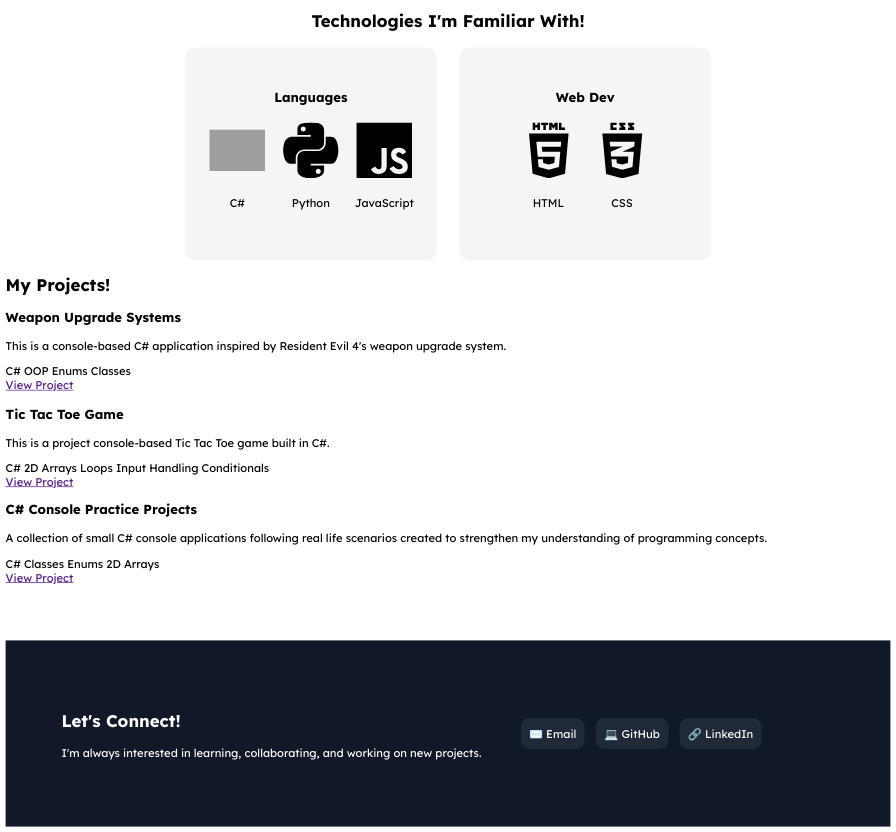
Repository: perrybalaba/perrybalaba
Page: index.html
These files come from the project's save history. The page is drawn as it stood at one moment and after the next save; the edit follows.
The browser window is 1280 px wide. The pictures show the part of the page from y = 1207 to 3127 px (the page is 2396 px tall before and 3127 px after), at 70% of full size.
Pictures or frames that could not be fetched are drawn as grey boxes. A picture or video elsewhere on the page could not be fetched, so the positions and the page height are approximate. Some web fonts or font styles are not loaded; a fallback is used.

Above is the page before, as saved 2026-05-13 22:40:01.

### index.html
<!DOCTYPE html>
<html lang="en">
<head>
    <meta charset="UTF-8">
    <meta name="viewport" content="width=device-width, initial-scale=1.0">
    <title>Perry's Portfolio</title>
    <link rel="stylesheet" href="./styles/index.css"/>
    <link rel="stylesheet" href="./styles/globals.css"/>
</head>

<body>
    <main>
        <!-- NAVIGATION BAR -->
        <!-- 👇 TO CHANGE: href -->
        <nav class="Nav-Bar">
            <ul>
                <li><a href="./index.html"> About me </a></li>
                <li><a href="./index.html"> Projects </a></li>
            </ul>
        </nav>

        <!-- PAGE HEADER -->
        <div class="About-Me">
            <header class="Home-Header">
                <h1> Perry Balaba </h1>
            </header>

            <!-- INFORMATION ABOUT ME -->
            <div class ="Info">
                <!-- IMAGE -->
                <img class="My-Photo" src="./assets/images/portfolio-me.jpg" alt="me"/>

                <div class ="Description">
                    <h2> Hello World! 👋 </h2>
                    <p> I'm a Computer Science Student at John Abbott College
                        with a strong passion for technology, software development, and problem-solving.
                        I love turning ideas into functional applications and programs from scratch. I am naturally curious and always motivated
                        to expand my knowledge by learning new technologies, improving my coding skills, and taking on challenges outside of my comfort zone.
                        Right now, I'm diving into machine learning, object-oriented programming, and web development!
                    </p>

                    <!-- SOFT SKILLS -->
                    <div class="Soft-Skills-Container">
                        <button type="button" class="Soft-Skills" disabled> Teamwork </button>
                        <button type="button" class="Soft-Skills" disabled> Resilient </button>
                        <button type="button" class="Soft-Skills" disabled> Problem Solver </button>
                        <button type="button" class="Soft-Skills" disabled> Organized </button>
                    </div>
                </div>
            </div>
        </div>

        <!-- SKILLS -->
        <div class="Skills">
            <h2> Technologies I'm Familiar With! </h2>
            <div class="Skills-Container">

                <div class="Skill-Card">
                    <h3> Languages </h3>

                    <div class="Skill-Icons">
                        <div class="Skill">
                            <img src="./assets/images/csharp-svgrepo-com.svg" alt="c# logo"/>
                            <p> C# </p>
                         </div>

                        <div class="Skill">
                            <img src="./assets/images/python-svgrepo-com.svg" alt="python logo"/>
                            <p> Python </p>
                        </div>

                        <div class="Skill">
                            <img src="./assets/images/js01-svgrepo-com.svg" alt="javascript logo"/>
                            <p> JavaScript</p>
                        </div>
                    </div>
                </div>

                <div class="Skill-Card">
                    <h3> Web Dev </h3>

                    <div class="Skill-Icons">
                        <div class="Skill">
                            <img src="./assets/images/html5-01-svgrepo-com.svg" alt="html logo"/>
                            <p> HTML </p>
                        </div>

                        <div class="Skill">
                            <img src="./assets/images/css3-01-svgrepo-com.svg" alt="css logo"/>
                            <p> CSS </p>
                        </div>
                    </div>
                </div>
            </div>
        </div>

        <!-- PROJECTS -->
        <div class="Projects">
            <h2> My Projects!</h2>

            <div class="Projects-Container">
                <!-- PROJECT ONE -->
                <div class="Project-Card">
                    <div class="Project-Info">
                        <h3>Weapon Upgrade Systems</h3>
                        <p>
                            This is a console-based C# application inspired by Resident Evil 4's
                            weapon upgrade system.
                        </p>
                        <div class="Project-Tech">
                            <span> C# </span>
                            <span> OOP </span>
                            <span> Enums </span>
                            <span> Classes </span>
                        </div>
                        <a href=""> View Project </a>
                    </div>
                </div>

                <!-- PROJECT TWO -->
                <div class="Project-Card">
                    <div class="Project-Info">
                        <h3>Tic Tac Toe Game</h3>
                        <p>
                            This is a project console-based Tic Tac Toe game built in C#.
                        </p>
                        <div class="Project-Tech">
                            <span> C# </span>
                            <span> 2D Arrays </span>
                            <span> Loops </span>
                            <span> Input Handling </span>
                            <span> Conditionals </span>
                        </div>
                        <a href=""> View Project </a>
                    </div>
                </div>

                <!-- PROJECT THREE -->
                <div class="Project-Card">
                    <div class="Project-Info">
                        <h3> C# Console Practice Projects</h3>
                        <p>
                            A collection of small C# console applications following real life scenarios
                            created to strengthen my understanding of programming concepts.
                        </p>
                        <div class="Project-Tech">
                            <span> C# </span>
                            <span> Classes </span>
                            <span> Enums </span>
                            <span> 2D Arrays </span>
                        </div>
                        <a href=""> View Project </a>
                    </div>
                </div>
            </div>
        </div>

        <!-- CONTACT -->
        <div class="Contact">
            <div class="Contact-Container">
                <div class="Contact-Text">
                    <h2> Let's Connect! </h2>
                    <p>
                        I'm always interested in learning, collaborating, and working on new projects.
                    </p>
                </div>

                <div class="Contact-Links">
                    <a href="mailto:balabaperry@gmail.com"> ✉️ Email</a>
                    <a href="https://github.com/perrybalaba"> 💻 GitHub </a>
                    <a href="https://www.linkedin.com/in/ann-karen-balaba-46b839387/"> 🔗 LinkedIn</a>
                </div>
            </div>
        </div>
    </main>
</body>
</html>

### styles/index.css
/* NAVIGATION BAR */
.Nav-Bar {
    padding: 1rem;
    border-bottom: 3px solid lightgray;
}

nav ul {
    list-style: none;
    display: flex;
    justify-content: center;
    flex-wrap: wrap;
    gap: 2rem;
    padding: 0;
}

nav ul li a {
    display: block;
    text-align: center;
    padding: .75rem 1rem;
    text-decoration: none;
    color: #374151;
    font-weight: bold;
    padding: 10px;
    border-radius: 10px;
    font-size: 1rem;
    transition: 0.2s;
}

nav ul li a:hover {
    transform: scale(1.08);
    background-color: #f3f4f6;
    color: black;
}

/* HEADER */
.Home-Header {
    font-size: 3rem;
    text-align: center;
}

/* ABOUT ME */
.Info h2 {
    font-size: 2.5rem;
    text-align: center;
}

.Info {
    display: flex;
    flex-direction: column;
    align-items: center;
}

.Info p {
    max-width: 500px;
    line-height: 1.6;

}

.Info img {
    width: 100%;
    max-width: 350px;
    height: auto;
    border-radius: 55px;
    display: block;
    margin: 0;
}

/* SOFT SKILLS */
.Soft-Skills-Container {
    display: flex;
    justify-content: center;
    align-items: center;
    gap: 12px;
    flex-wrap: wrap;
    margin-top: 1.5rem;
}

.Soft-Skills {
    background-color: #f3f4f6;
    color: #333;
    border: none;
    padding: 10px;
    border-radius: 1000px;
    font-size: 0.95rem;
    font-weight: 600;
    transition: all 0.2s ease;
}

.Soft-Skills:hover {
    transform: translateY(-5px);
    background-color: #4b5563;
    color: white;
}

/* SKILLS */
.Skills-Container {
    display: flex;
    justify-content: center;
    gap: 2rem;
    flex-wrap: wrap;
    margin-top: 1.5rem;
}

.Skill-Card {
    background-color: #f5f5f5;
    padding: 2.5rem;
    border-radius: 15px;
    width: 220px;
    transition: transform 0.2s ease;
}

.Skill-Card:hover {
    transform: translateY(-7px);
}

.Skill-Icons {
    display: flex;
    justify-content: center;
    gap: 15px;
    margin-top: 1rem;
}

.Skill-Icons img {
    width: 60px;
    height: 60px;
    object-fit: contain;
    padding: 5px;
    transition: transform 0.2s ease;
}

.Skill-Icons img:hover {
    transform: scale(1.2);
}

.Skill {
    text-align: center;
}

.Skills {
    margin-top: 4rem;
    text-align: center;
}

.Skills p {
    font-size: 1rem;
    margin-bottom: 2rem;
}

/* CONTACT */
.Contact {
    background-color: #111827;
    color: white;
    padding: 5rem;
    margin-top: 5rem;
}

.Contact-Container {
    display: flex;
    justify-content: space-between;
    align-items: center;
    max-width: 1000px;
    margin: 0;
    flex-wrap: wrap;
    gap: 2rem;
}

.Contact-Links {
    display: flex;
    gap: 1rem;
    flex-wrap: wrap;
}

.Contact-Links a {
    text-decoration: none;
    background-color: #1F2937;
    color: white;
    padding: 12px;
    border-radius: 12px;
    transition: 0.2s ease;
}

.Contact-Links a:hover {
    background-color: #374151;
    transform: scale(1.03);
}

### styles/globals.css
/* FONTS */
@font-face {
    font-family: "NotoSans";
    src: url(../assets/fonts/Noto_Sans/NotoSans-VariableFont_wdth\,wght.ttf);
}

@font-face {
    font-family: "Lexend";
    src: url(../assets/fonts/Lexend_Deca\,Noto_Sans/Lexend_Deca/LexendDeca-VariableFont_wght.ttf);
}

.Home-Header {
    font-family: "NotoSans";
}

.Nav-Bar {
    font-family: "Lexend";
}

main {
    font-family: "Lexend";
}

/* TABLET DESIGN */
@media (min-width: 768px) {
    /* NAVIGATION BAR */
    nav ul li a {
        font-size: 1.3rem;
    }

    /* HEADER */
    .Home-Header {
        font-size: 2.2rem;
    }

    /* ABOUT ME */
    .Info {
        flex-direction: row;
        justify-content: center;
        align-items: center;
        gap: 2rem;
        padding: 2rem;
    }

    .Description {
        width: 60%;
        max-width: 600px;
    }

    .Info img {
        max-width: 300px;
        width: 40%;
    }

    /* SKILLS */
    .Skill-Card {
        width: 260px;
    }

    .Skill-Icons img {
        width: 50px;
        height: 50px;
    }
}

/* DESKTOP */
@media (min-width: 1024px) {

    /* NAVIGATION */
    nav ul {
        gap: 4rem;
    }

    nav ul li a {
        font-size: 1.5rem;
    }

    /* ABOUT ME */
    .Info {
        gap: 5rem;
        padding: 4rem;
        justify-content: center;
        flex-direction: row;
        align-items: center;
    }

    .Description {
        max-width: 650px;
        font-size: 1.2rem;
        display: flex;
        flex-direction: column;
        align-items: center;
        justify-content: center;
        gap: 1rem;
    }

    .Info img {
        max-width: 500px;
    }

    .Home-Header {
        font-size: 4rem;
    }

    /* SKILLS */
    .Skill-Container {
        gap: 3rem;
    }

    .Skill-Card {
        width: 280px;
    }

    .Skill-Icons img {
        width: 80px;
        height: 80px;
    }
}

After the next save:
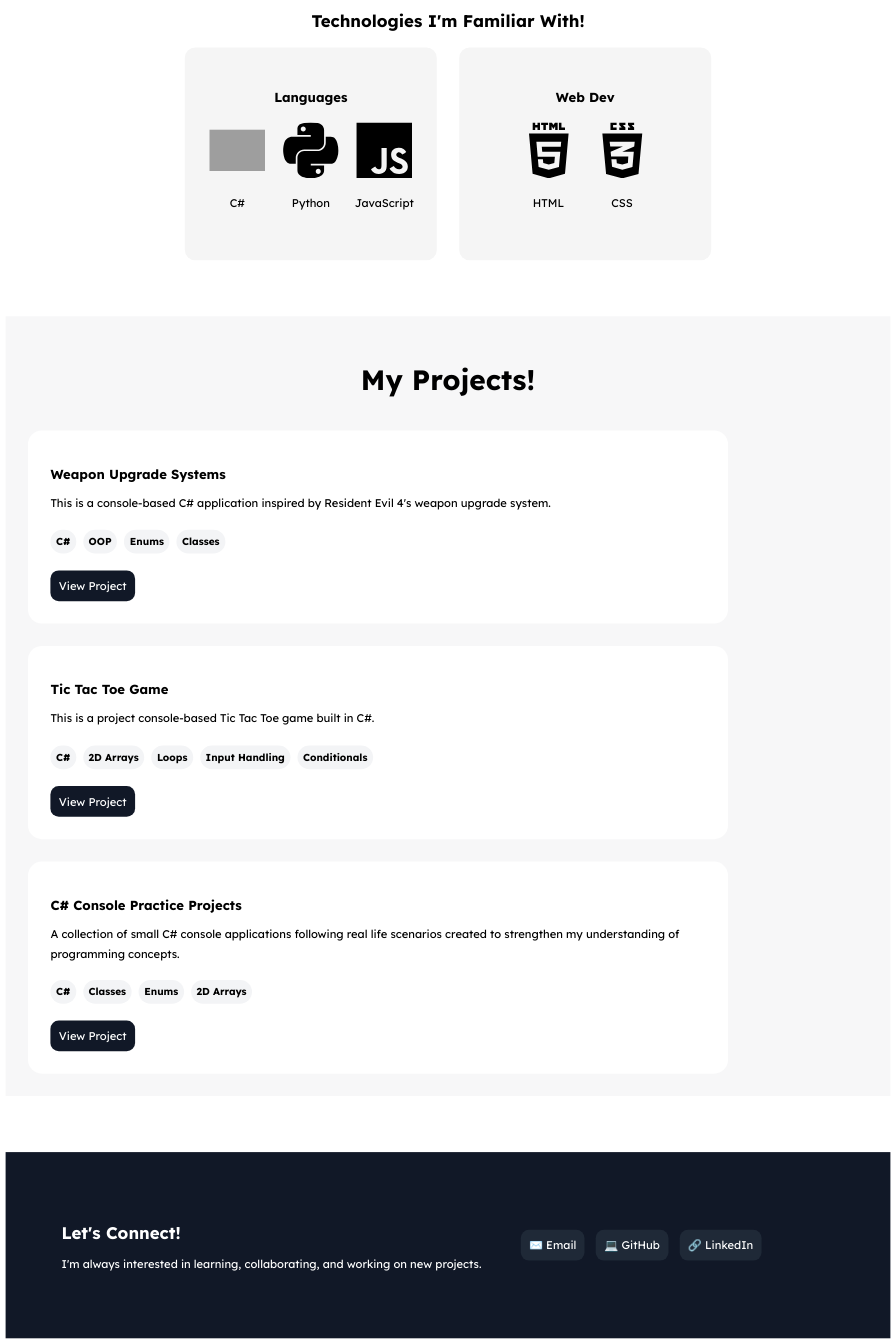
Saved 9 min 33 s later.
--- a/styles/index.css
+++ b/styles/index.css
@@ -146,6 +146,76 @@ nav ul li a:hover {
     margin-bottom: 2rem;
 }
 
+/* PROJECTS */
+.Projects {
+    background-color: #f7f7f8;
+    padding: 2rem;
+    margin-top: 5rem;
+}
+
+.Projects h2 {
+    text-align: center;
+    font-size: 2.5rem;
+    margin-bottom: 3rem;
+}
+
+.Projects-Container {
+    display: flex;
+    flex-direction: column;
+    gap: 2rem;
+    max-width: 1000px;
+    margin: 0;
+}
+
+.Project-Card {
+    background-color: white;
+    border-radius: 20px;
+    padding: 2rem;
+    transition: 0.3s ease;
+}
+
+.Project-Card:hover {
+    transform: translateY(-7px);
+}
+
+.Project-Info h3 {
+    margin-bottom: 1rem;
+}
+
+.Project-Info p {
+    line-height: 1.7;
+    margin-bottom: 1.5rem;
+}
+
+.Project-Tech {
+    display: flex;
+    gap: 10px;
+    flex-wrap: wrap;
+    margin-bottom: 1.5rem;
+}
+
+.Project-Tech span {
+    background-color: #f3f4f6;
+    padding: 8px;
+    border-radius: 1000px;
+    font-size: 0.9rem;
+    font-weight: bold;
+}
+
+.Project-Info a {
+    text-decoration: none;
+    background-color: #111827;
+    color: white;
+    padding: 12px;
+    border-radius: 12px;
+    display: inline-block;
+    transition: 0.2 ease;
+}
+
+.Project-Info a:hover {
+    background-color: #374151;
+}
+
 /* CONTACT */
 .Contact {
     background-color: #111827;
